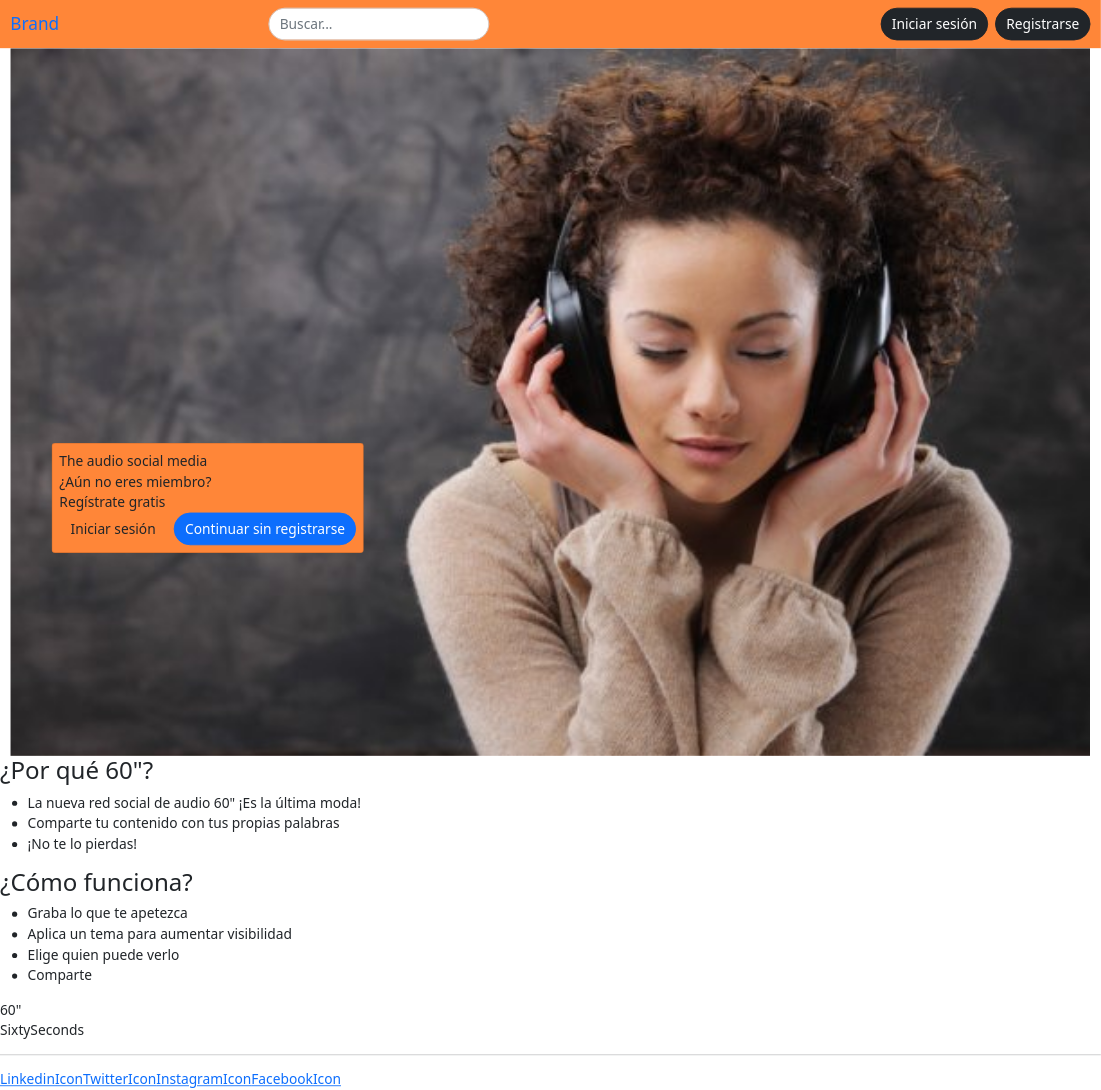
Repository: Zapulin/react-sixtySeconds-front
Page: /
These files come from the project's save history. The page is drawn as it stood at one moment and after the next save; the edit follows.
The browser window is 1280 px wide. The pictures show the whole page, at 86% of full size.
The project was rebuilt for these pictures with package versions that can differ from the ones it lists, and the page was loaded fresh each time. Also part of the build but not shown: src/Components/Login.js, src/Components/Signup.js, src/Components/Publish.js, src/Components/Activity.js, src/Components/Navbar.js, src/Components/Categories.js, src/Components/IconProfile.js, src/Components/Recorder.js and 10 more. Imported but missing from the stored project, and not drawn on this page: src/Samples/AUDIOMP3.mp3, src/Samples/AUDIOOGG.ogg.

Above is the page before, as saved 2022-04-13 14:50:28.

### src/index.js
import React from 'react';
import ReactDOM from 'react-dom';
import App from './App';
import './index.css';
import 'bootstrap/dist/css/bootstrap.min.css';

ReactDOM.render(
  <React.StrictMode>
    <App />
  </React.StrictMode>,
  document.getElementById('root')
);

### src/App.js
import { BrowserRouter, Routes, Route } from 'react-router-dom';

//Pages
import Home from './Pages/Home'
import Feed from './Pages/Feed'
import User from './Pages/Profile'
import NotFound from './Pages/NotFound'

function App() {
  return (
    <BrowserRouter>
      <Routes>
        <Route path='/' element={<Home/>} />
        <Route path='/feed' element={<Feed/>} />
        <Route path='/profile/:id' element={<User/>} />
        <Route path='*' element={<NotFound/>} />
      </Routes>
    </BrowserRouter>
  );
}

export default App;

### src/Pages/Home.js
import top_image from "../Resources/images/top_image.svg";

//Components
import Footer from '../Components/Footer'
import NavbarHome from '../Components/NavbarHome'

function Home() {

  return (
    <>
    <NavbarHome/>
      <div className="container-fluid">
          <div className="position-relative">
            <img className="img-fluid" src={top_image} alt="" />
            <div className="card rounded m-5 p-2 position-absolute top-50" style={{background:'#FF8638'}}>
                 <span> The audio social media </span>
                 <span> ¿Aún no eres miembro? </span>
                 <span> Regístrate gratis </span>
                <div className="d-flex justify-content-between">
                    <button className="btn rounded-pill"> Iniciar sesión</button>
                    <button className="btn btn-primary ms-2 rounded-pill"> Continuar sin registrarse </button>
                </div>
            </div>
        </div>
      </div>
      <div>
        <div>
            <h3>¿Por qué 60"?</h3>
            <ul>
                <li><span>La nueva red social de audio 60" ¡Es la última moda!</span></li>
                <li><span>Comparte tu contenido con tus propias palabras</span></li>
                <li><span>¡No te lo pierdas!</span></li>
            </ul>
        </div>
        <div>
            <h3>¿Cómo funciona?</h3>
            <ul>
                <li><span>Graba lo que te apetezca</span></li>
                <li><span>Aplica un tema para aumentar visibilidad</span></li>
                <li><span>Elige quien puede verlo</span></li>
                <li><span>Comparte</span></li>
            </ul>
        </div>
      </div>
      <Footer/>
    </>
  );
}

export default Home;

### src/Components/Footer.js

function Footer() {
  return (
  	<footer>
		<div className="circle">
			<span>60"</span><br /><span>SixtySeconds</span><br /><hr />
			<a href="https://www.linkedin.com" target="_blank">LinkedinIcon{ /* TODO: add linkedIn icon */ }</a>
			<a href="https://twitter.com" target="_blank">TwitterIcon{ /* TODO: add twitter icon */ }</a>
			<a href="https://www.instagram.com" target="_blank">InstagramIcon{ /* TODO: add instagram icon */ }</a>
			<a href="https://www.facebook.com" target="_blank">FacebookIcon{ /* TODO: add facebook icon */ }</a>
		</div>
	</footer>
  );
}

export default Footer;

### src/Components/NavbarHome.js
import "../stylesheets/NavbarHome.css";

function NavbarHome() {

	return (

    <>
    <nav className="navbar navbar-expand-lg">
      <div className="container-fluid">
          {/* Logo - por ahora es un link  */}
        <a href="#" className="navbar-brand">
          Brand
        </a>
        <button
          type="button"
          className="navbar-toggler"
          data-bs-toggle="collapse"
          data-bs-target="#navbarCollapse1"
        >
          <i className="fa fa-bars"></i>
        </button>
        <div className="collapse navbar-collapse" id="navbarCollapse1">
          <div className="form my-2 my-lg-0 mx-auto">
            <input
              className="form-control mr-sm-2 rounded-pill"
              type="search"
              placeholder="Buscar..."
              aria-label="Search"
            />
          </div>
          {/* <div class="navbar-nav">
                  <a href="#" class="nav-item nav-link active">Home</a>
                  <a href="#" class="nav-item nav-link">About</a>
                  <a href="#" class="nav-item nav-link">Products</a>
              </div> */}
          {/* Buttons */}
          <div className="d-flex ms-auto gap-2">
            {/* <input type="text" class="form-control me-sm-2" placeholder="Search"/> */}
            <button type="button" className="btn btn-dark rounded-pill">
              Iniciar sesión
            </button>
            <button type="button" className="btn btn-dark rounded-pill">
              Registrarse
            </button>
          </div>
        </div>
      </div>
    </nav>

    <header className="text-white" id="navbar-color">
      <div className="row">
        {/* <ul class="nav col-12 col-lg-auto me-lg-auto mb-2 justify-content-center mb-md-0">

    <form class="col-12 col-lg-auto mb-3 mb-lg-0 me-lg-3">

    </form>
    </ul> */}
        <div className="col-5"></div>
        <div className="col-4"></div>

        <div className="col-3 d-lg-flex gap-2">
          {/* <button type="button" class="btn btn-dark rounded-pill">
                Iniciar sesión
              </button> */}

          {/* <button type="button" class="btn btn-dark rounded-pill">
                Registrarse
              </button> */}
        </div>
      </div>
    </header>
  </>
);
}

export default NavbarHome;

### src/stylesheets/NavbarHome.css
.bd-placeholder-img {
    font-size: 1.125rem;
    text-anchor: middle;
    -webkit-user-select: none;
    -moz-user-select: none;
    user-select: none;
  }

  @media (min-width: 768px) {
    .bd-placeholder-img-lg {
      font-size: 3.5rem;
    }
  }

  nav {
      background-color: #FF8638;
  }

Loaded but not shown: public/index.html (common file); src/index.css (common file)

After the next save:
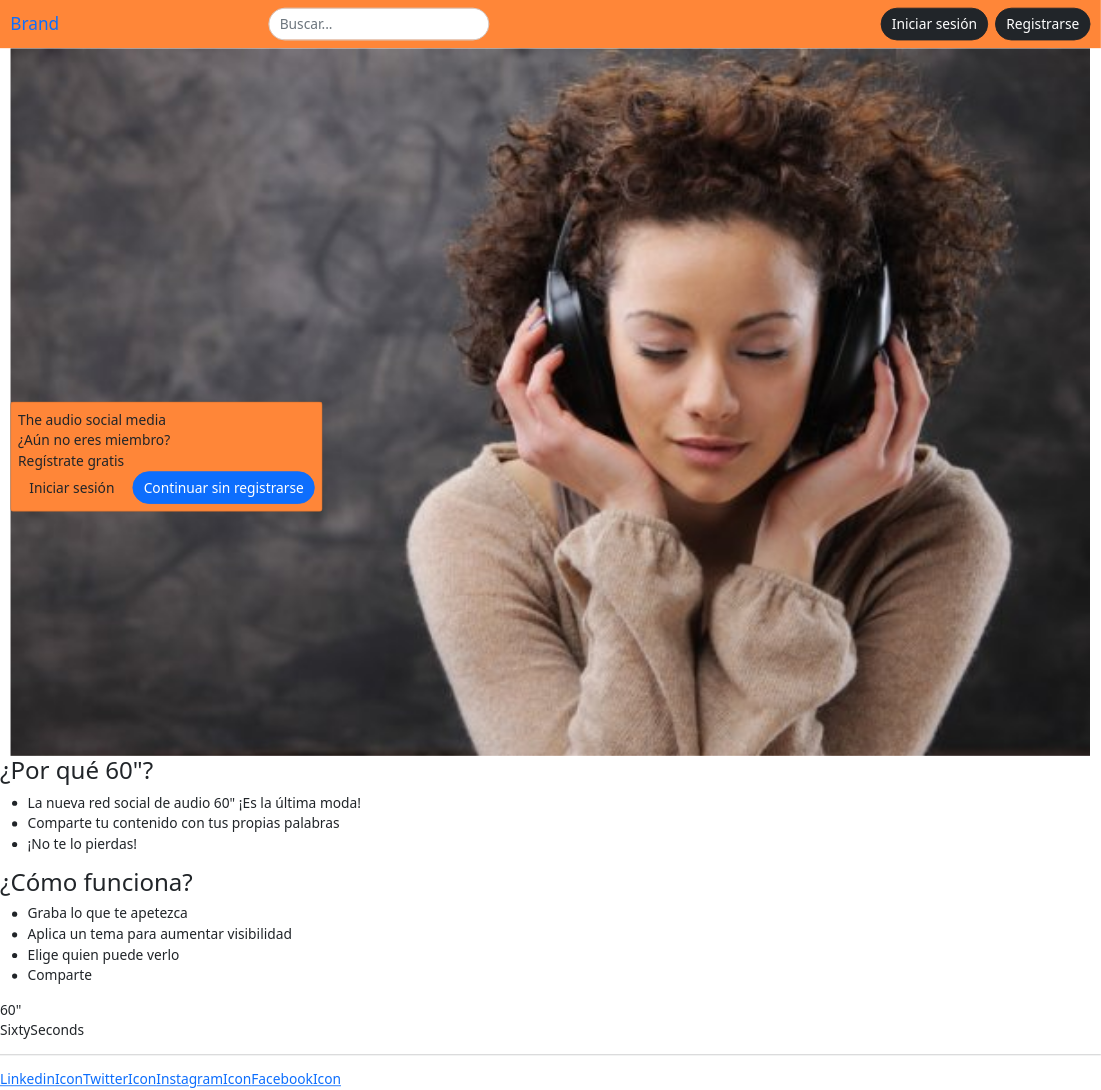
Saved 7 s later.
--- a/src/Pages/Home.js
+++ b/src/Pages/Home.js
@@ -12,7 +12,7 @@
       <div className="container-fluid">
           <div className="position-relative">
             <img className="img-fluid" src={top_image} alt="" />
-            <div className="card rounded m-5 p-2 position-absolute top-50" style={{background:'#FF8638'}}>
+            <div className="card rounded m-10 p-2 position-absolute top-50" style={{background:'#FF8638'}}>
                  <span> The audio social media </span>
                  <span> ¿Aún no eres miembro? </span>
                  <span> Regístrate gratis </span>

After the save that followed:
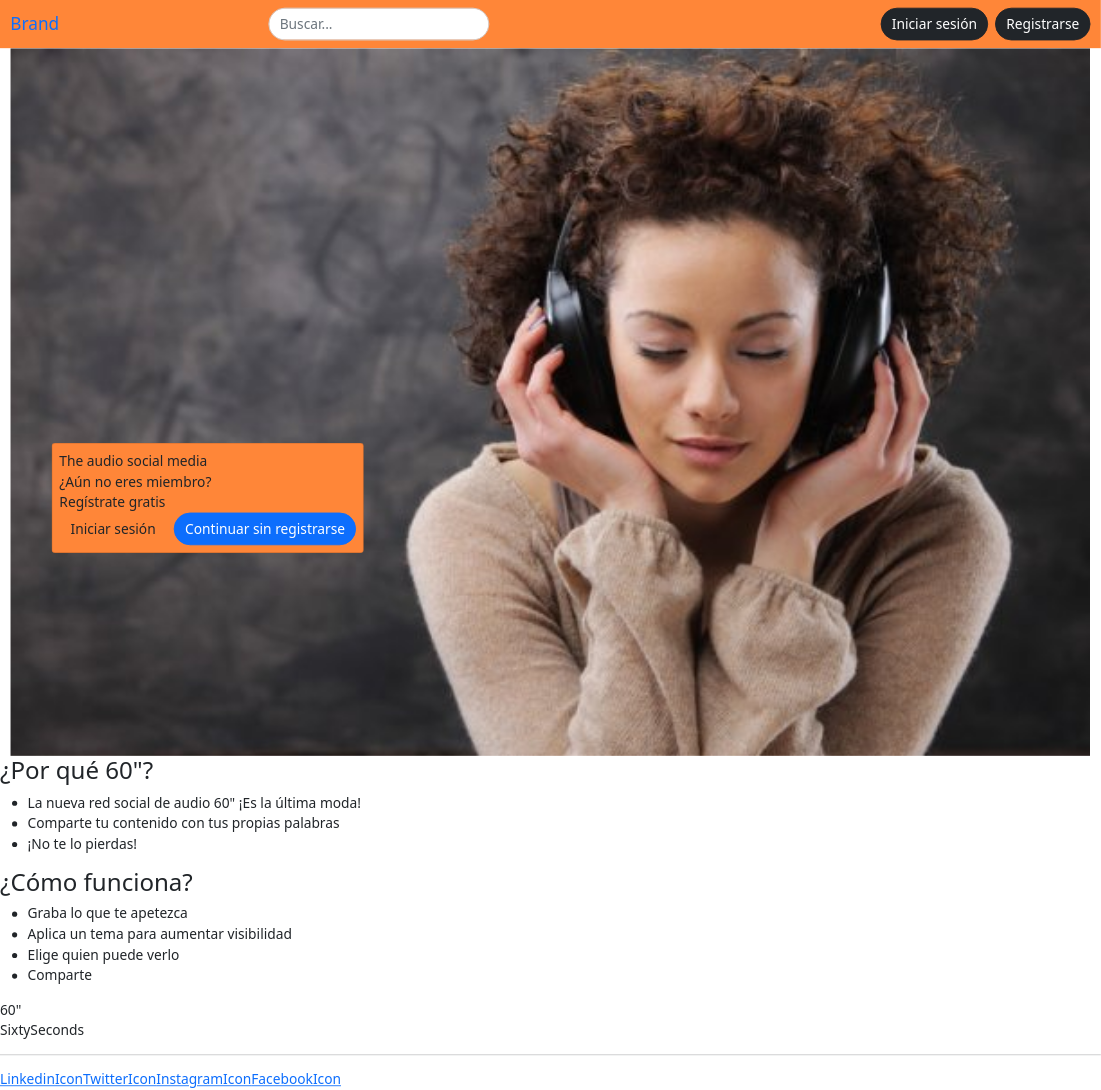
Saved 4 s later.
--- a/src/Pages/Home.js
+++ b/src/Pages/Home.js
@@ -12,7 +12,7 @@
       <div className="container-fluid">
           <div className="position-relative">
             <img className="img-fluid" src={top_image} alt="" />
-            <div className="card rounded m-10 p-2 position-absolute top-50" style={{background:'#FF8638'}}>
+            <div className="card rounded m-5 p-2 position-absolute top-50" style={{background:'#FF8638'}}>
                  <span> The audio social media </span>
                  <span> ¿Aún no eres miembro? </span>
                  <span> Regístrate gratis </span>
